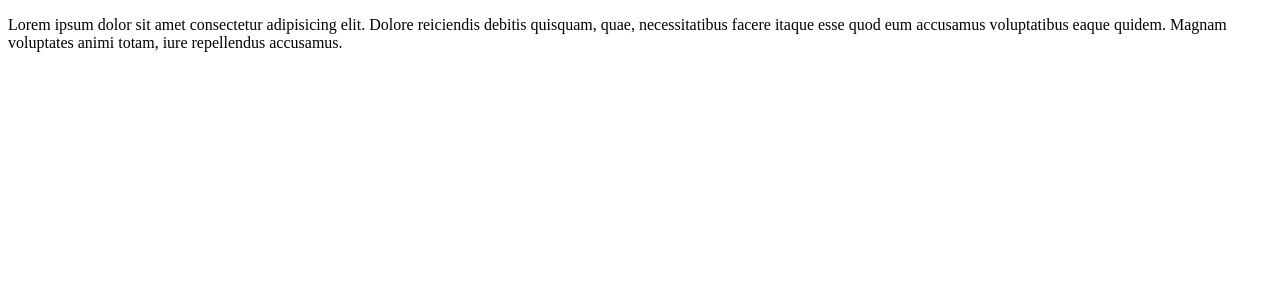
Repository: Nguyen-Toan-2004/du-an-test
Page: net.htm
The author's editor kept a copy of each file at every save. The page is drawn from the files as they stood at one save, then again after a run of saves.
The browser window is 1280 px wide. The pictures show the whole page.

Above is the page before, as saved 2025-10-16 19:51:10.

### net.htm
<!DOCTYPE html>
<html lang="en">
  <head>
    <meta charset="UTF-8" />
    <meta name="viewport" content="width=device-width, initial-scale=1.0" />
    <title>Document</title>
  </head>
  <body>
    <a href=""></a>
    <p>
      Lorem ipsum dolor sit amet consectetur adipisicing elit. Dolore reiciendis
      debitis quisquam, quae, necessitatibus facere itaque esse quod eum
      accusamus voluptatibus eaque quidem. Magnam voluptates animi totam, iure
      repellendus accusamus.
    </p>
  </body>
</html>

After the next 4 saves:
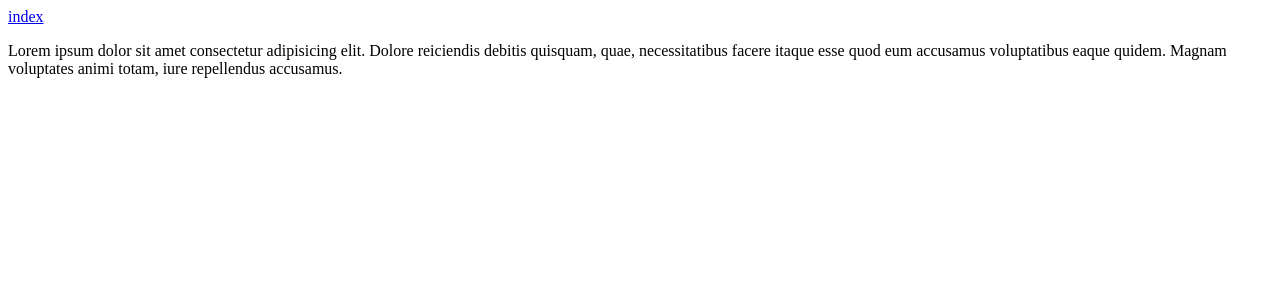
The 4 saves are shown as one change because they came seconds apart.
The last was saved 10 s later.
--- a/net.htm
+++ b/net.htm
@@ -6,7 +6,7 @@
     <title>Document</title>
   </head>
   <body>
-    <a href=""></a>
+    <a href="index.html">index</a>
     <p>
       Lorem ipsum dolor sit amet consectetur adipisicing elit. Dolore reiciendis
       debitis quisquam, quae, necessitatibus facere itaque esse quod eum
